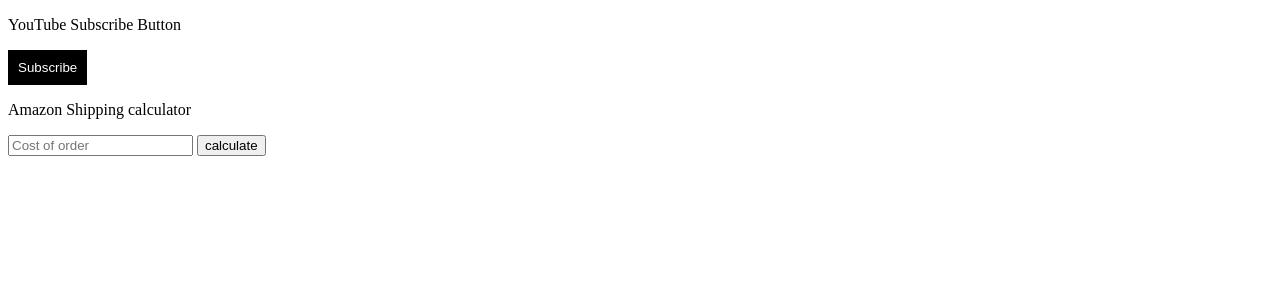
Repository: Samkiroko/Javascript-course
Page: 10-dom-project copy.html
An editor plug-in stored every save of this project. The page is shown before and after the next save, followed by the edit.
The browser window is 1280 px wide. The pictures show the whole page.

Above is the page before, as saved 2023-08-26 16:22:18.

After the next save:
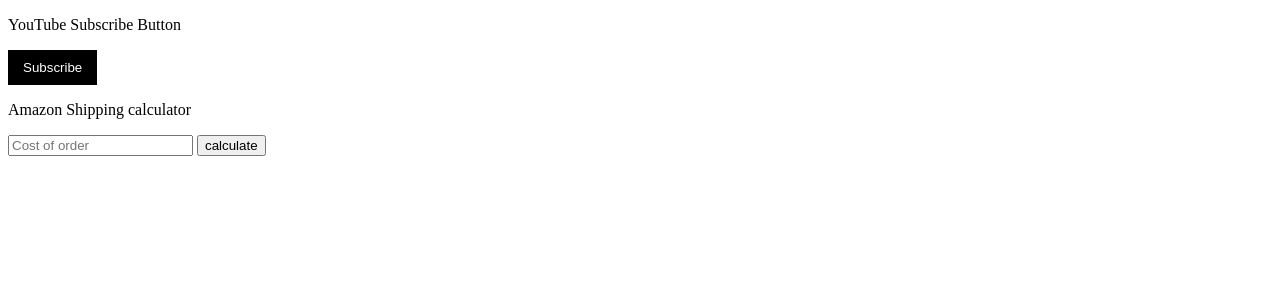
Saved 16 s later.
--- a/10-dom-project copy.html
+++ b/10-dom-project copy.html
@@ -11,8 +11,8 @@
         color: white;
         padding-top: 10px;
         padding-bottom: 10px;
-        padding-left: 10px;
-        padding-right: 10px;
+        padding-left: 15px;
+        padding-right: 15px;
       }
     </style>
   </head>
